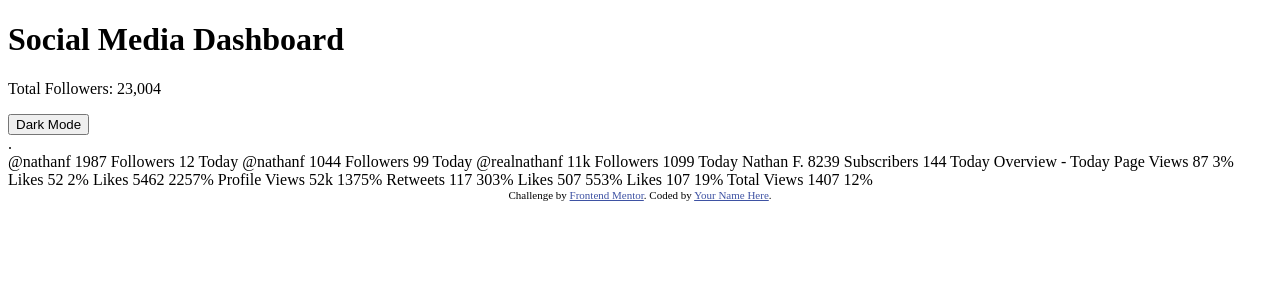
Repository: mamulini/social-media-dashboard-with-theme-switcher-master
Page: index.html
An editor plug-in stored every save of this project. The page is shown before and after the next save, followed by the edit.
The browser window is 1280 px wide. The pictures show the whole page.

Above is the page before, as saved 2020-04-05 23:16:02.

After the next save:
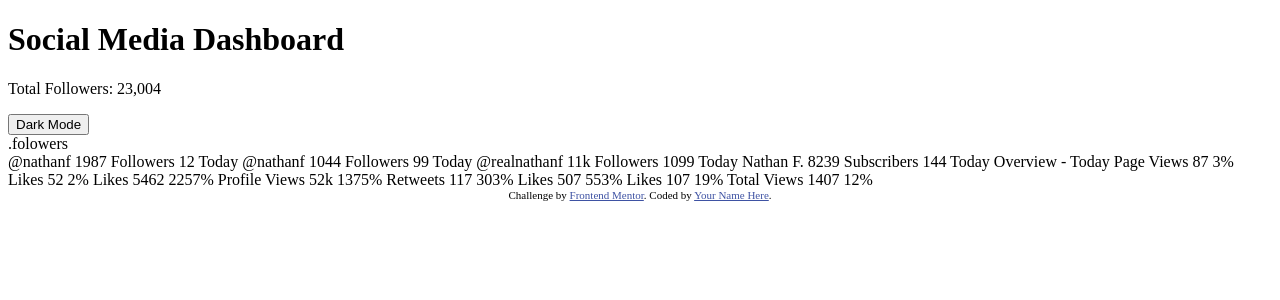
Saved 20 s later.
--- a/index.html
+++ b/index.html
@@ -16,7 +16,7 @@
       </div>
       <button class="theme" type="button">Dark Mode</button>
     </header>
-    .
+    .folowers
   </main>
 
 
